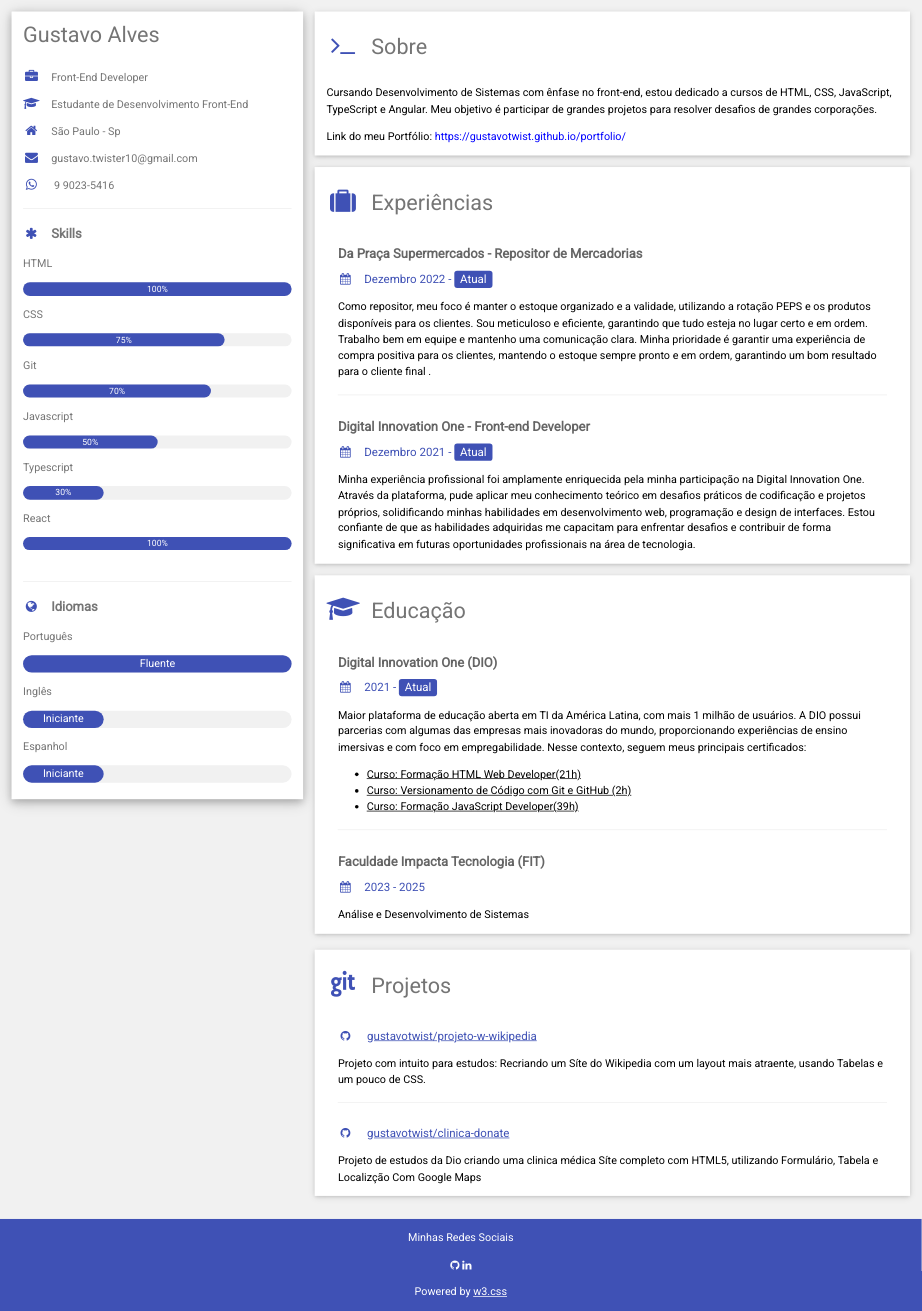
Repository: gustavotwist/cv
Page: index.html
The author's editor kept a copy of each file at every save. The page is drawn from the files as they stood at one save, then again after the next save.
The browser window is 1280 px wide. The pictures show the whole page, at 72% of full size.

Above is the page before, as saved 2024-08-17 19:33:22.

After the next save:
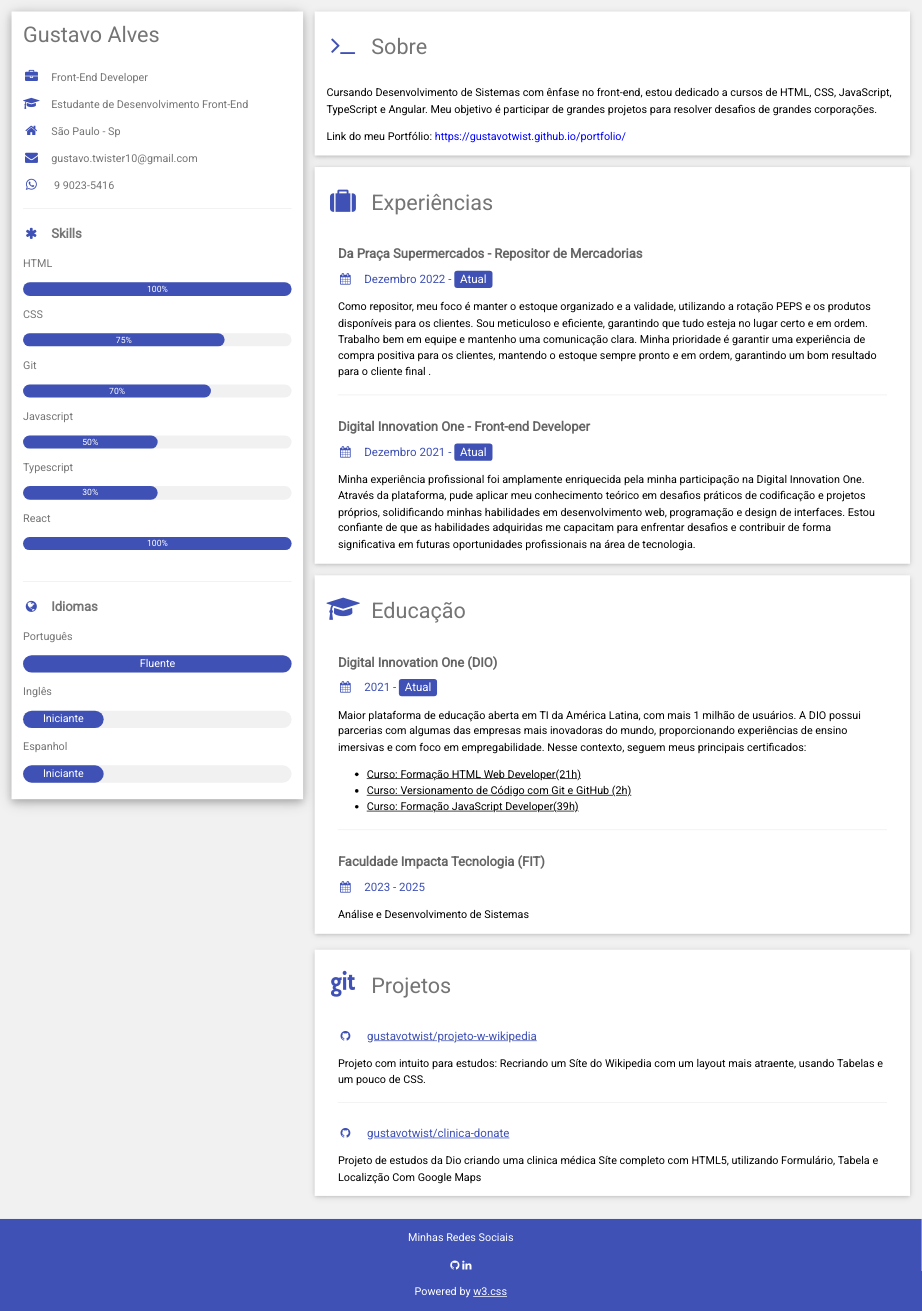
Saved 6 s later.
--- a/index.html
+++ b/index.html
@@ -64,7 +64,7 @@
               </div>
               <p>Typescript</p>
               <div class="w3-light-grey w3-round-xlarge w3-small">
-                <div class="w3-container w3-center w3-round-xlarge w3-indigo" style="width:30%">30%</div>
+                <div class="w3-container w3-center w3-round-xlarge w3-indigo" style="width:50%">30%</div>
               </div>
               <p>React</p>
               <div class="w3-light-grey w3-round-xlarge w3-small">
